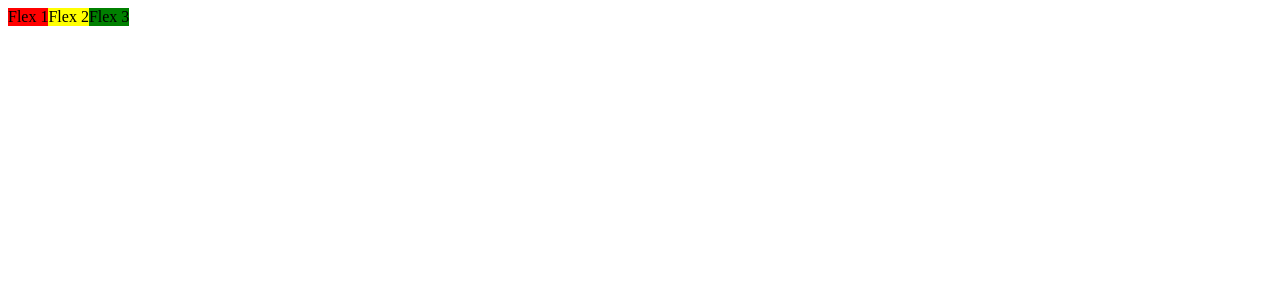
Repository: Kubraaygun/Html_Css_Login
Page: index.html
The author's editor kept a copy of each file at every save. The page is drawn from the files as they stood at one save, then again after the next save.
The browser window is 1280 px wide. The pictures show the whole page.

Above is the page before, as saved 2025-03-04 19:12:43.

After the next save:
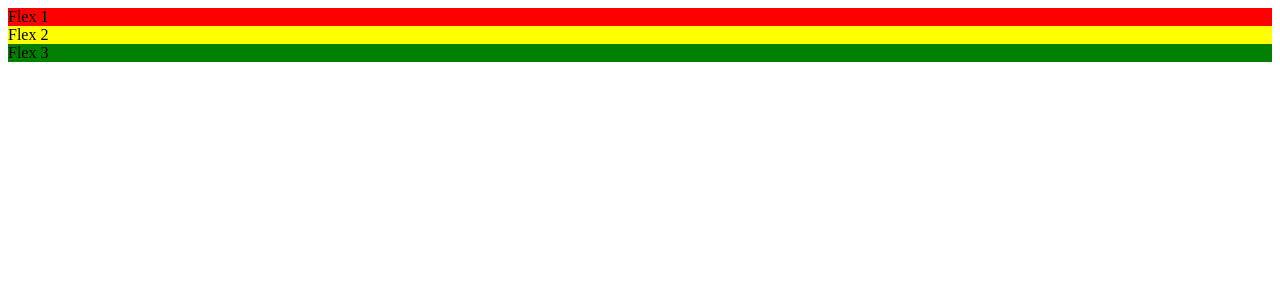
Saved 45 s later.
--- a/index.html
+++ b/index.html
@@ -8,7 +8,7 @@
   </head>
 
   <body>
-    <div class="contain" style="display: flex">
+    <div class="contain" ">
       <div style="background-color: red">Flex 1</div>
       <div style="background-color: yellow">Flex 2</div>
       <div style="background-color: green">Flex 3</div>

After the save that followed:
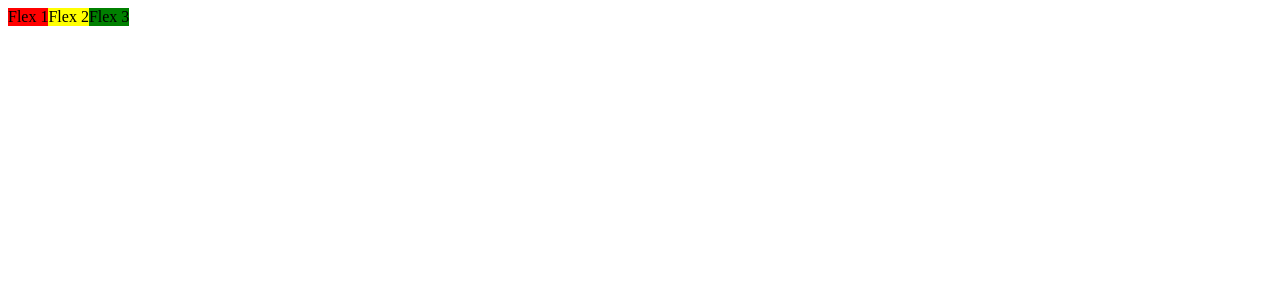
Saved 34 s later.
--- a/index.html
+++ b/index.html
@@ -8,7 +8,7 @@
   </head>
 
   <body>
-    <div class="contain" ">
+    <div class="contain" style="display: flex">
       <div style="background-color: red">Flex 1</div>
       <div style="background-color: yellow">Flex 2</div>
       <div style="background-color: green">Flex 3</div>
